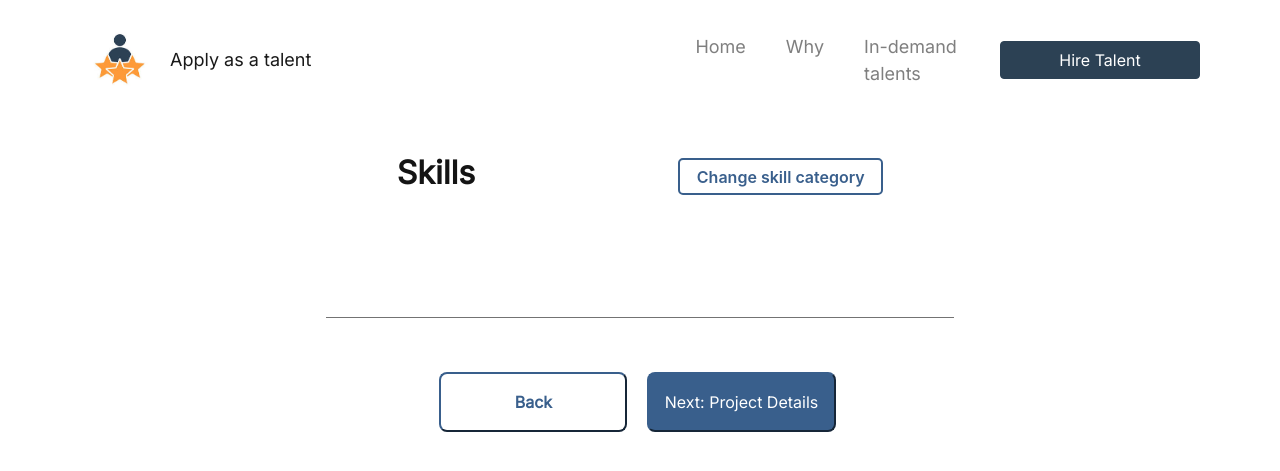
Repository: Ashwe9/talent-hire-reactJs
Page: /skills
An editor plug-in stored every save of this project. The page is shown before and after the next save, followed by the edit.
The browser window is 1280 px wide. The pictures show the whole page.
The project was rebuilt for these pictures with package versions that can differ from the ones it lists, and the page was loaded fresh each time. Also part of the build but not shown: src/homePage/components/TrustedBy/TrustedBy.css, src/homePage/components/TrustedBy/TrustedBy.js, src/homePage/components/Roles/Roles.css, src/homePage/components/Roles/Roles.js, src/homePage/components/homePageFooter/HomePageFooter.css, src/homePage/components/homePageFooter/HomePageFooter.js, src/homePage/HomePage.js, src/kpisPage/Header.css and 17 more.

Above is the page before, as saved 2022-08-25 15:46:18.

After the next save:
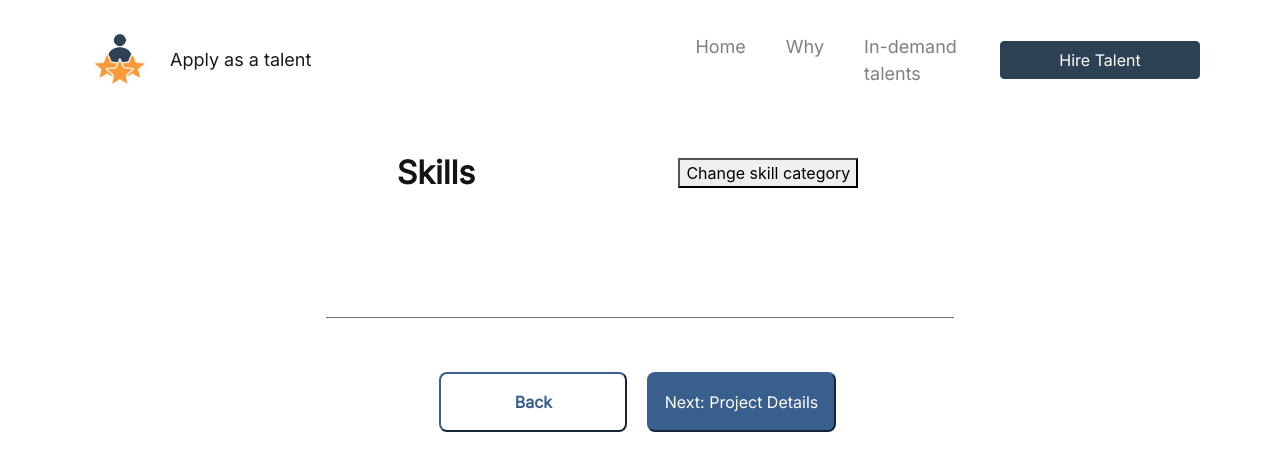
Saved 37 s later.
--- a/src/skills/Header.js
+++ b/src/skills/Header.js
@@ -11,9 +11,9 @@ const Header = () => {
         </p>
       </div>
       <div className='category'>
-        <p>
+        <button>
           Change skill category
-        </p>
+        </button>
       </div>
     </div>
   )
